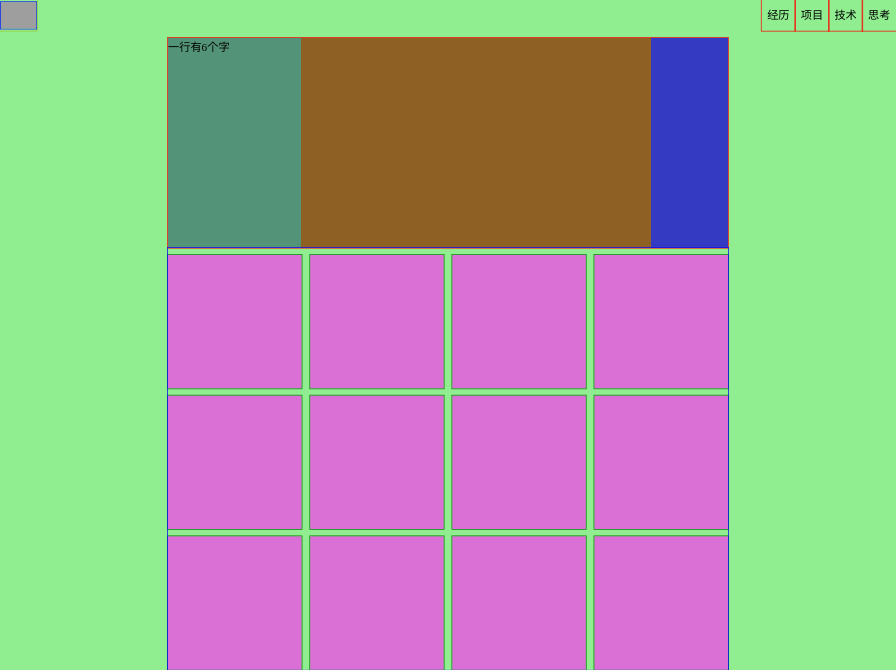
Repository: Lixianlai-2/Css-practice
Page: flex布局/index.html
An editor plug-in stored every save of this project. The page is shown before and after the next save, followed by the edit.
The browser window is 1280 px wide. The pictures show the part of the page from y = 0 to 1920 px (the page is 957 px tall before and 2766 px after), at 70% of full size.
Pictures or frames that could not be fetched are drawn as grey boxes.

Above is the page before, as saved 2021-12-04 11:56:44.

After the next save:
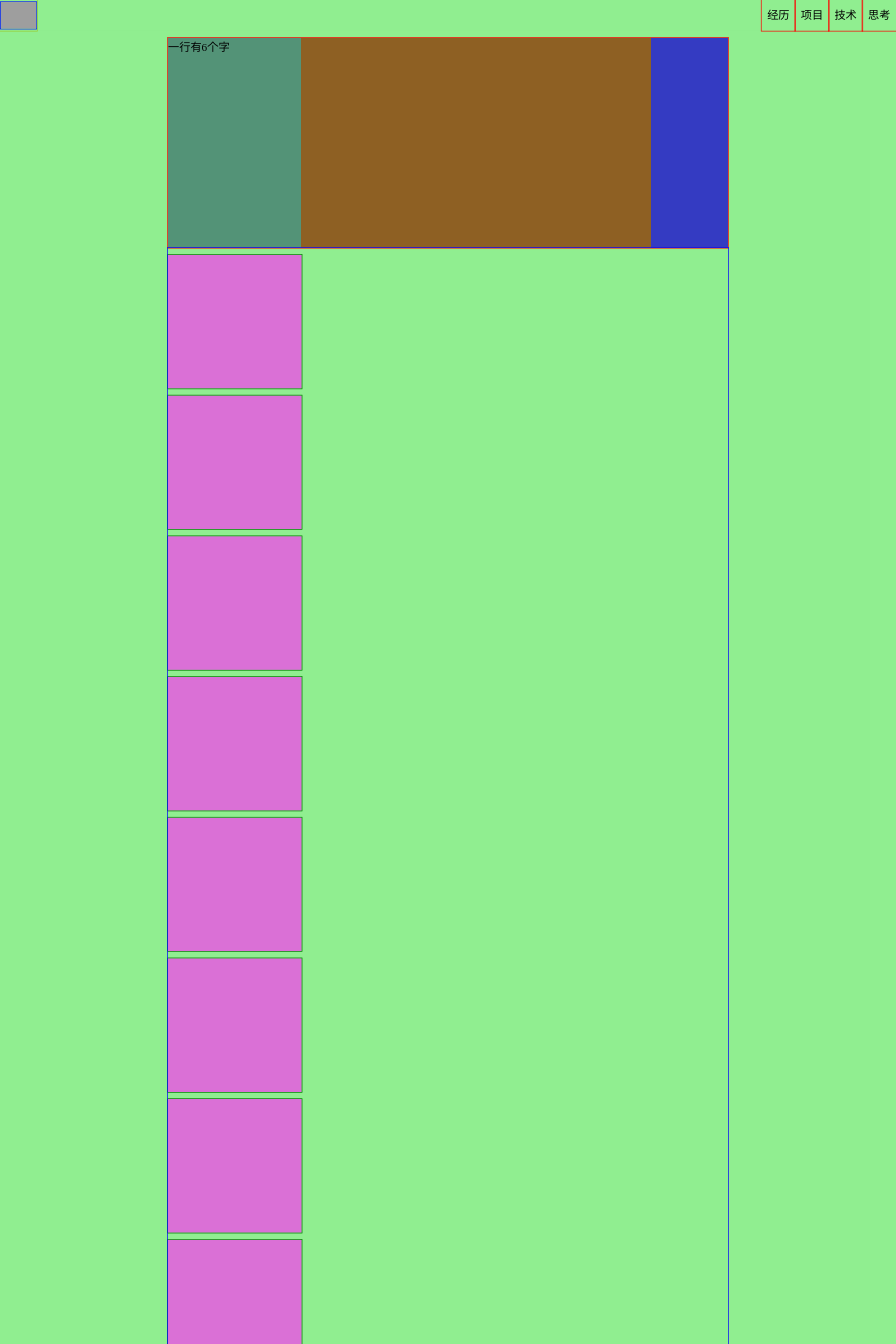
Saved 102 s later.
--- a/flex布局/style.css
+++ b/flex布局/style.css
@@ -93,9 +93,9 @@
   width: 800px;
   margin-left: auto;
   margin-right: auto;
-  /* display: flex; */
-  /* justify-content: space-between; */
-  /* flex-wrap: wrap; */
+  display: flex;
+  justify-content: space-between;
+  flex-wrap: wrap;
 }
 
 .image {
@@ -107,9 +107,9 @@
   margin-right: 12px;
 }
 
-.x {
-  display: flex;
-  /* justify-content: space-between; */
-  flex-wrap: wrap;
-  margin-right: -12px;
-}
+/* .x { */
+/* display: flex; */
+/* justify-content: space-between; */
+/* flex-wrap: wrap;
+  margin-right: -12px; */
+/* } */

After the 2 saves that followed:
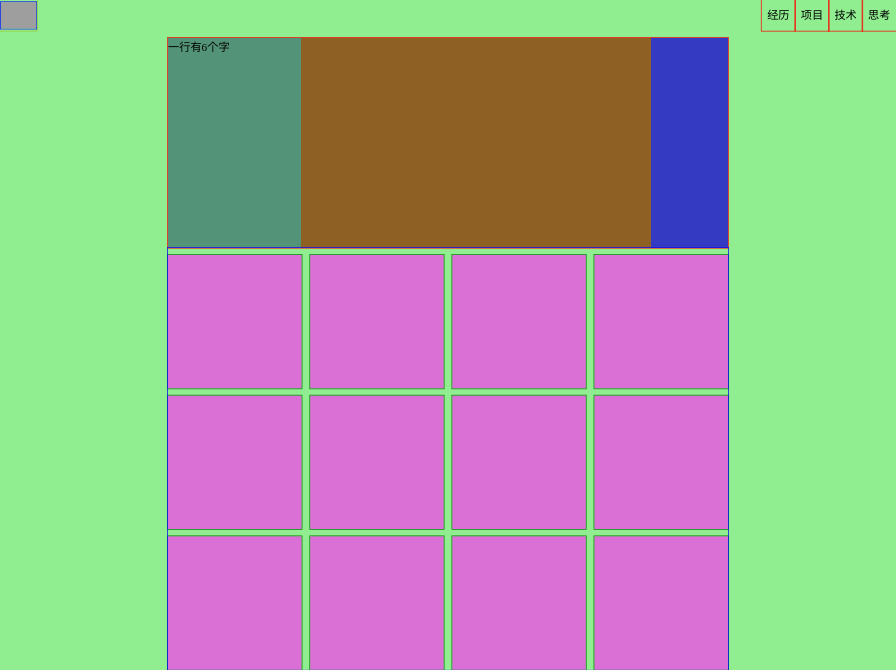
The 2 saves are shown as one change because 1 left the picture as it was.
The last was saved 35 s later.
--- a/flex布局/index.html
+++ b/flex布局/index.html
@@ -28,7 +28,7 @@
     </div>
 
     <div class="imageList">
-      <div class="x">
+      <!-- <div class="x">
         <div class="image"></div>
         <div class="image"></div>
         <div class="image"></div>
@@ -41,8 +41,7 @@
         <div class="image"></div>
         <div class="image"></div>
         <div class="image"></div>
-      </div>
-      <!-- <div class="image"></div>
+      </div> -->
       <div class="image"></div>
       <div class="image"></div>
       <div class="image"></div>
@@ -53,7 +52,8 @@
       <div class="image"></div>
       <div class="image"></div>
       <div class="image"></div>
-      <div class="image"></div> -->
+      <div class="image"></div>
+      <div class="image"></div>
     </div>
   </body>
 </html>
--- a/flex布局/style.css
+++ b/flex布局/style.css
@@ -104,7 +104,7 @@
   width: 191px;
   height: 191px;
   margin-top: 10px;
-  margin-right: 12px;
+  /* margin-right: 12px; */
 }
 
 /* .x { */
